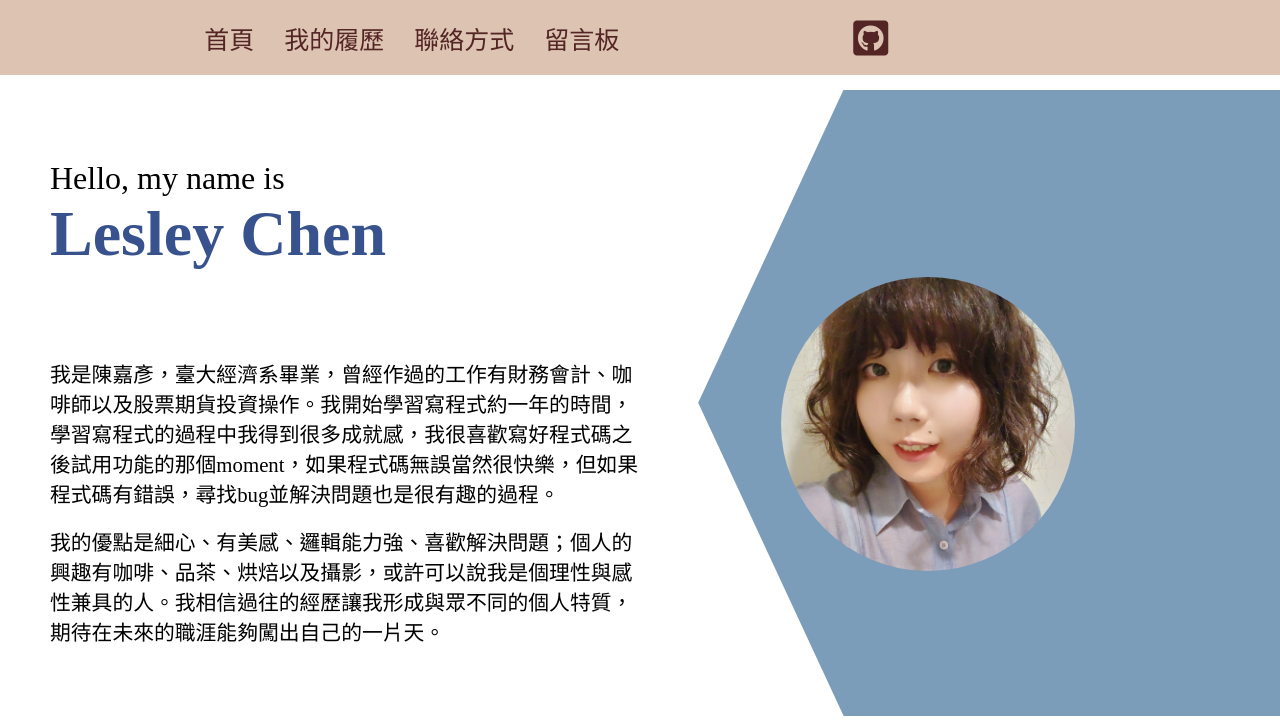
Repository: lcjyc/portfolio-website
Page: /
The author's editor kept a copy of each file at every save. The page is drawn from the files as they stood at one save, then again after the next save.
The browser window is 1280 px wide. The pictures show the whole page.
The project was rebuilt for these pictures with package versions that can differ from the ones it lists, and the page was loaded fresh each time. Also part of the build but not shown: src/pages/resume/resume.css, src/pages/resume/Resume.jsx, src/pages/contact/contact.css, src/pages/contact/Contact.jsx.

Above is the page before, as saved 2022-08-20 09:27:54.

After the next save:
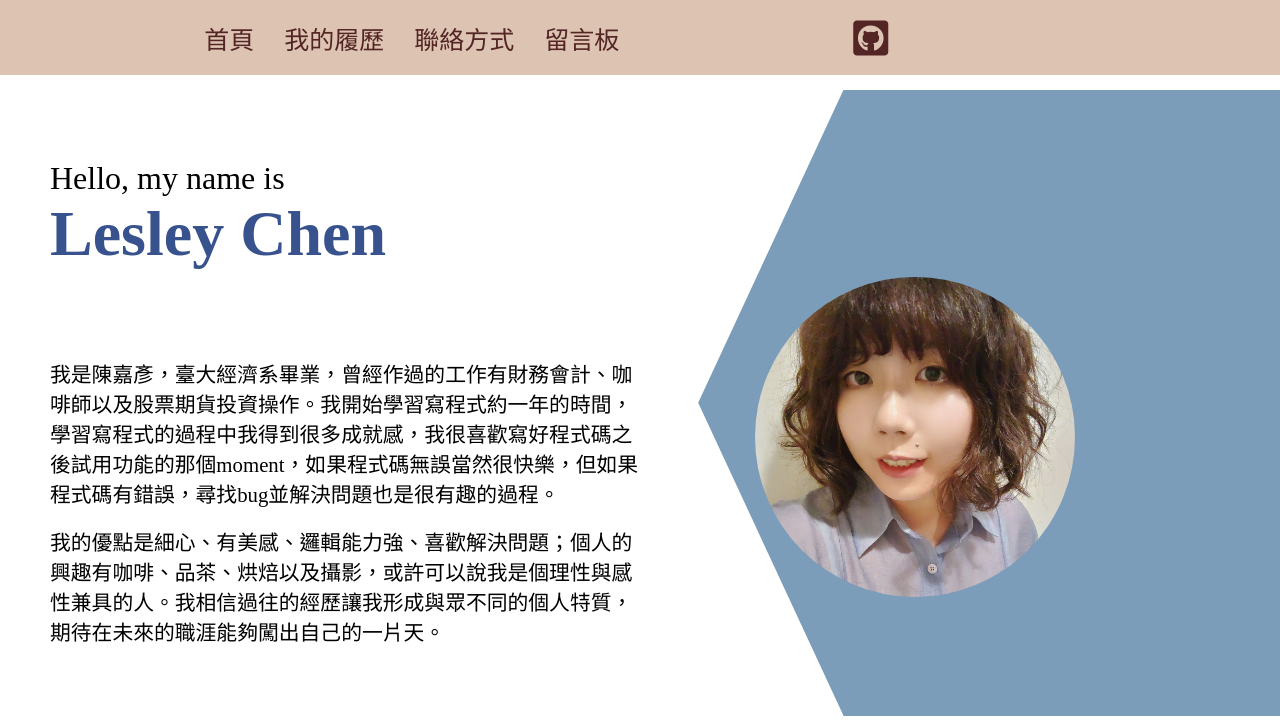
Saved 22 s later.
--- a/src/pages/home/home.css
+++ b/src/pages/home/home.css
@@ -79,8 +79,8 @@
   object-fit: cover;
   position: absolute;
   border-radius: 50%;
-  width: 23vw;
-  height: 23vw;
+  width: 25vw;
+  height: 25vw;
   top: 26vh;
   right: 16vw;
 }
